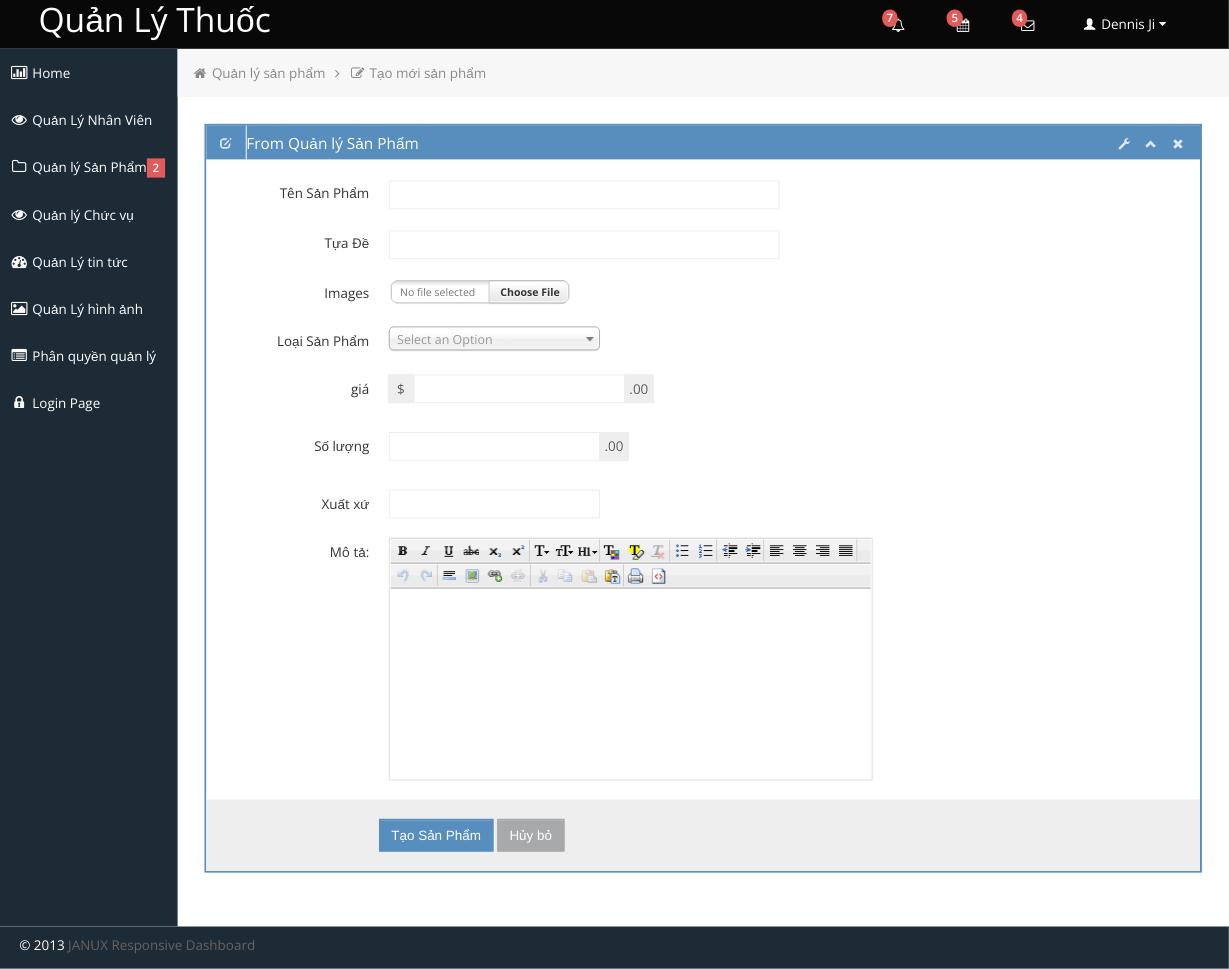
Repository: quangqt/QuanLyThuoc
Page: http://localhost/QuanLyThuoc/createProduct
These files come from the project's save history. The page is drawn as it stood at one moment and after the next save; the edit follows.
The browser window is 1280 px wide. The pictures show the whole page, at 96% of full size.
The page is served by Tomcat 9. Queries for data that is not in the repository find no rows.

Above is the page before, as saved 2018-05-05 03:59:56.

After the next save:
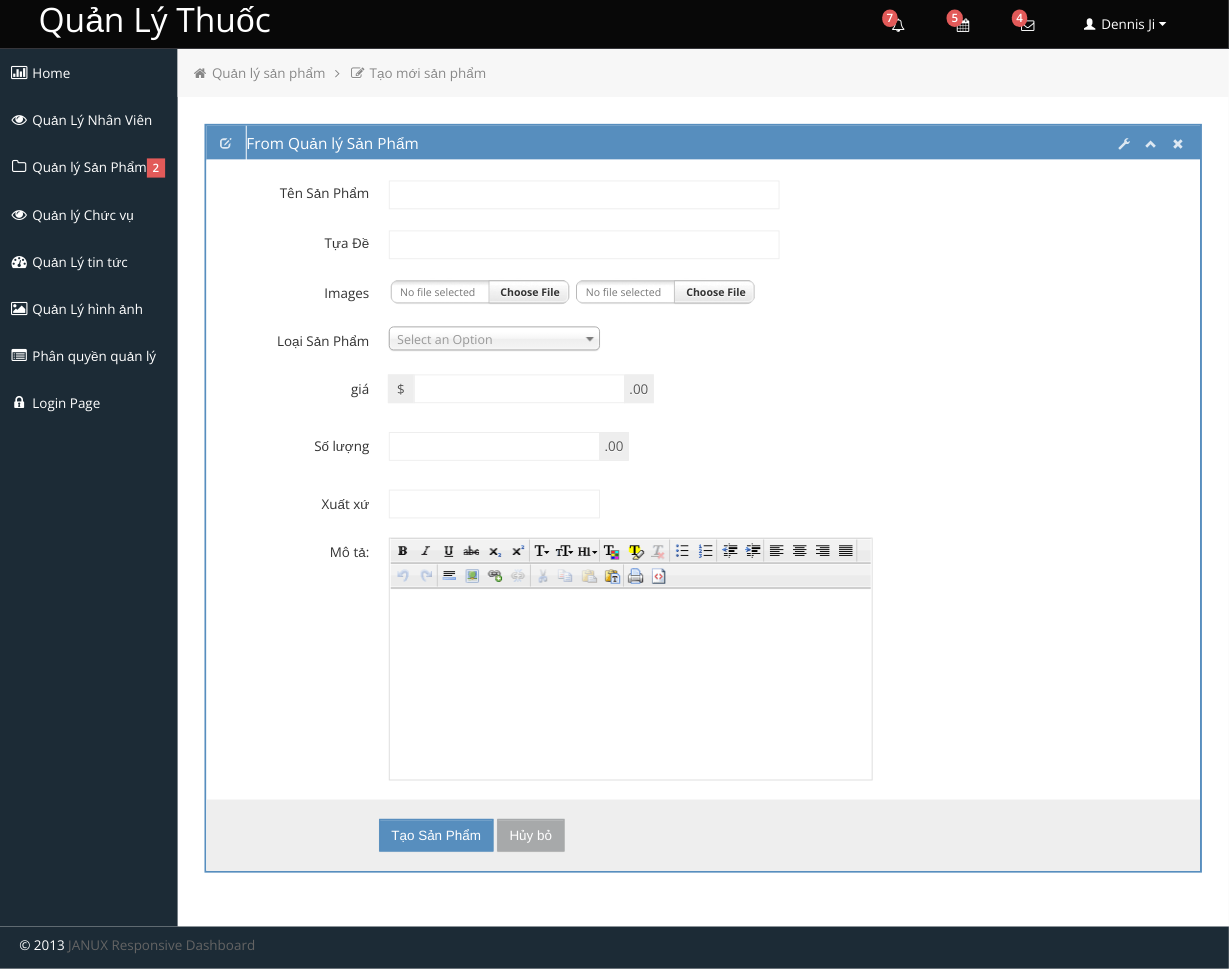
Saved 35 s later.
--- a/web-duoc/QuanLyThuoc/WebContent/WEB-INF/admin/createProduct.jsp
+++ b/web-duoc/QuanLyThuoc/WebContent/WEB-INF/admin/createProduct.jsp
@@ -83,6 +83,7 @@
 										<label class="control-label" for="fileInput"
 											style="float: left">Images</label>
 										<div class="controls">
+										<input type="file" name="photo" accept="image/*" onchange="loadFile(event)">
 											<input class="input-file uniform_on" type="file"
 												name="uploadFile" />
 										</div>

After the save that followed:
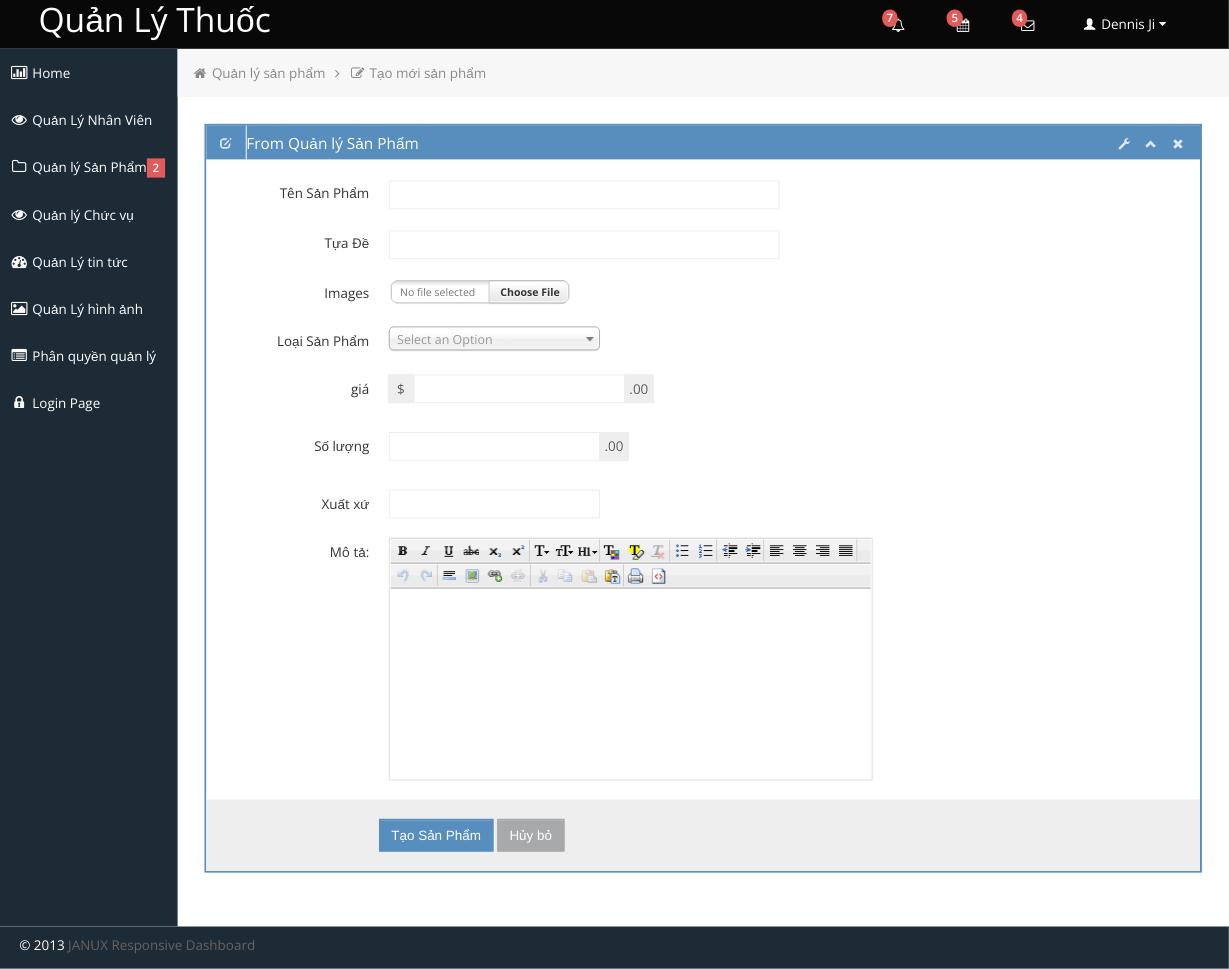
Saved 7 s later.
--- a/web-duoc/QuanLyThuoc/WebContent/WEB-INF/admin/createProduct.jsp
+++ b/web-duoc/QuanLyThuoc/WebContent/WEB-INF/admin/createProduct.jsp
@@ -84,8 +84,6 @@
 											style="float: left">Images</label>
 										<div class="controls">
 										<input type="file" name="photo" accept="image/*" onchange="loadFile(event)">
-											<input class="input-file uniform_on" type="file"
-												name="uploadFile" />
 										</div>
 									</div>
 
